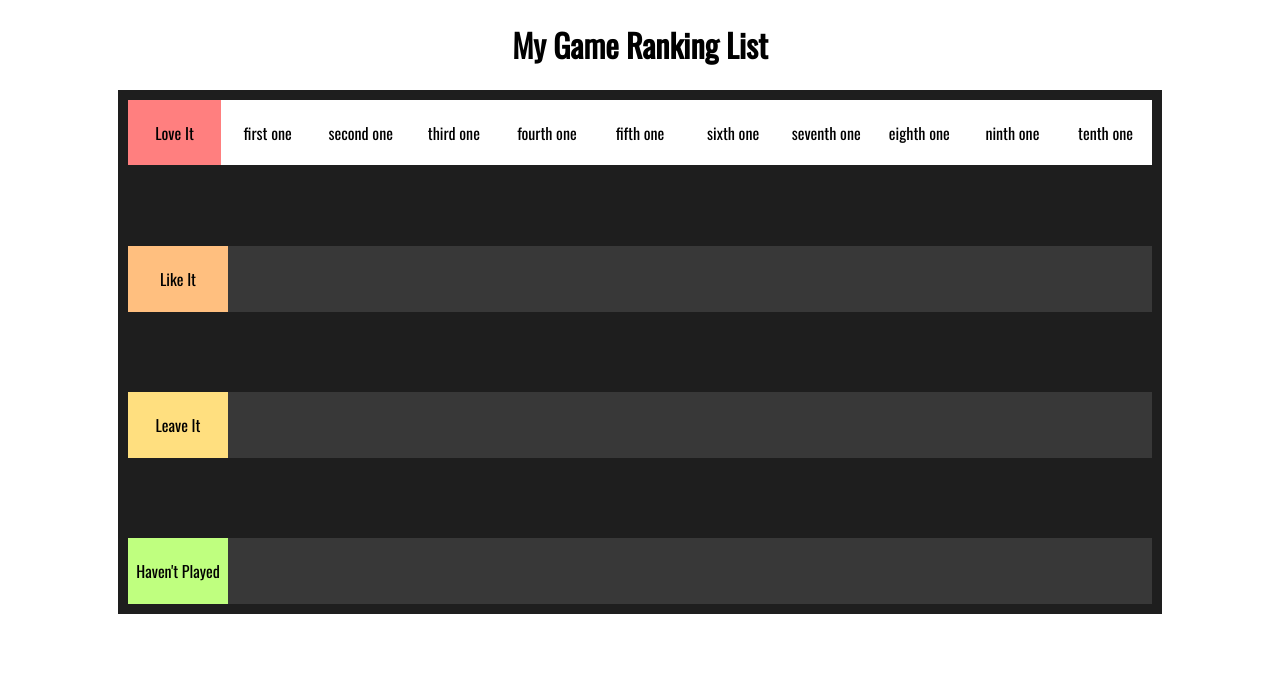
Repository: akiachenise/akiachenise.github.io
Page: JackboxGames_TierList_vanilla/index.html
An editor plug-in stored every save of this project. The page is shown before and after the next save, followed by the edit.
The browser window is 1280 px wide. The pictures show the whole page.

Above is the page before, as saved 2022-11-26 15:51:31.

After the next save:
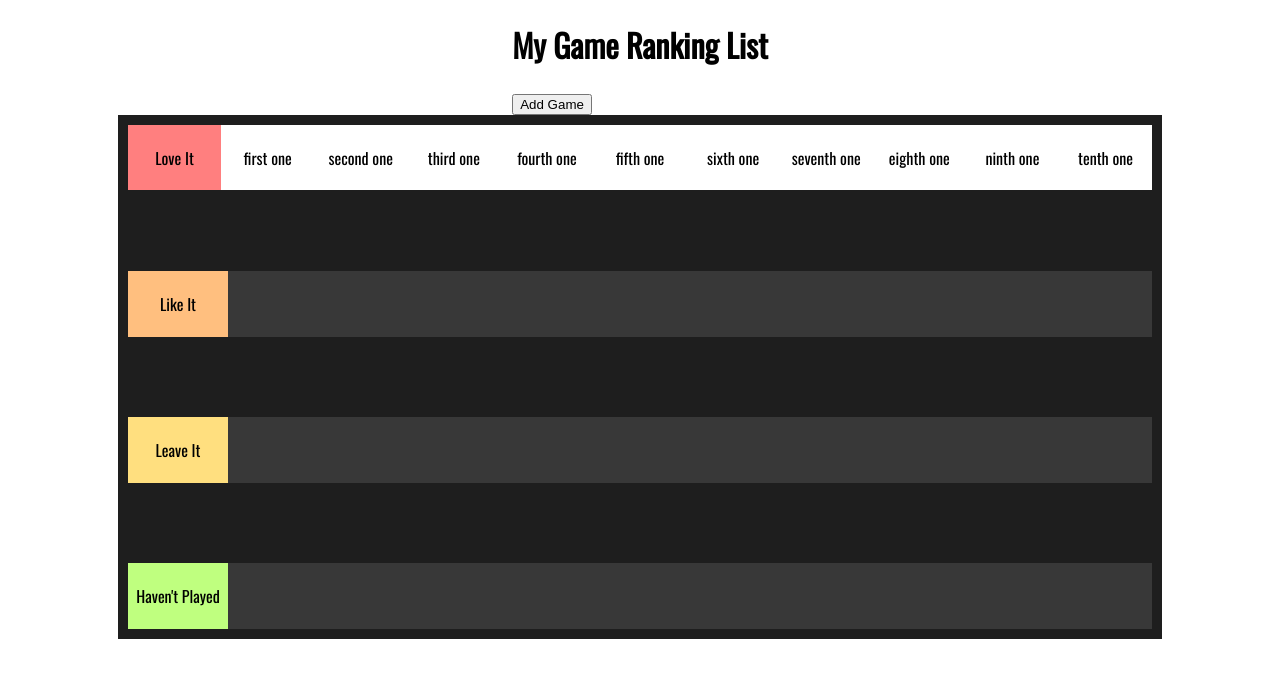
Saved 8 min 38 s later.
--- a/JackboxGames_TierList_vanilla/index.html
+++ b/JackboxGames_TierList_vanilla/index.html
@@ -20,7 +20,10 @@
         <a href="#">upgrade your browser</a> to improve your experience.
       </p>
     <![endif]-->
-    <h1>My Game Ranking List</h1>
+    <span class="headercontainer">
+        <h1>My Game Ranking List</h1>
+        <button id="addCard">Add Game</button>
+    </span>
     <div id="board">
         <div class = "row">
             <div class = "label">Love It</div>
